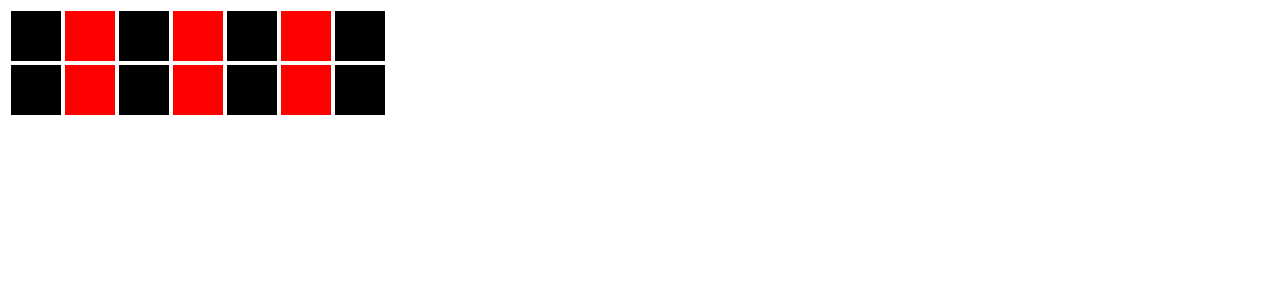
Repository: andrewjknell/JavaSpring
Page: http://localhost/CheckerBoard/NewFile.jsp
These files come from the project's save history. The page is drawn as it stood at one moment and after the next save; the edit follows.
The browser window is 1280 px wide. The pictures show the whole page.
The page is served by Tomcat 9.

Above is the page before, as saved 2019-11-01 23:27:46.

### CheckerBoard/WebContent/NewFile.jsp
<%@ page language="java" contentType="text/html; charset=ISO-8859-1"
    pageEncoding="ISO-8859-1"%>
<!DOCTYPE html>
<html>
<head>
<meta charset="ISO-8859-1">
<link href="style.css" rel="stylesheet"/>
<title>Insert title here</title>
</head>
<body>

	 	<table>
	 		<% for(int red = 0; red < 2; red++){ %>
	 		<tr>
			<% for(int black = 0; black < 7; black++){ %>
	 			<% if(black%2 == 0){ %>
	 			<td><div class="black"></div></td>
	 			<% } %>
	 			<% if(black%2 != 0){ %>
	 			<td><div class="red"></div></td>
	 			<% } %>
			<%} %>
	 		</tr>
	 		<% } %>

	 	</table>

</body>
</html>

### CheckerBoard/WebContent/style.css
@charset "ISO-8859-1";
.black{
	height: 50px;
	width: 50px;
	background-color: black;
}
.red{
	height: 50px;
	width: 50px;
	background-color: red;
}

After the next save:
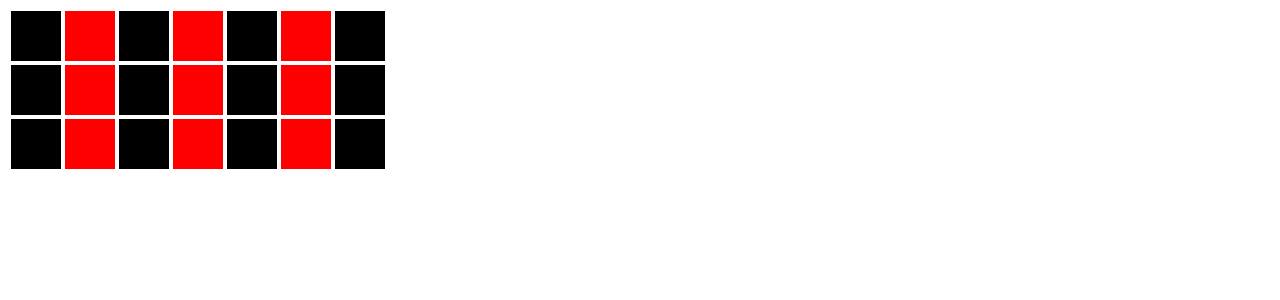
Saved 4 min 15 s later.
--- a/CheckerBoard/WebContent/NewFile.jsp
+++ b/CheckerBoard/WebContent/NewFile.jsp
@@ -10,7 +10,7 @@
 <body>
 
 	 	<table>
-	 		<% for(int red = 0; red < 2; red++){ %>
+	 		<% for(int red = 0; red < 3; red++){ %>
 	 		<tr>
 			<% for(int black = 0; black < 7; black++){ %>
 	 			<% if(black%2 == 0){ %>
